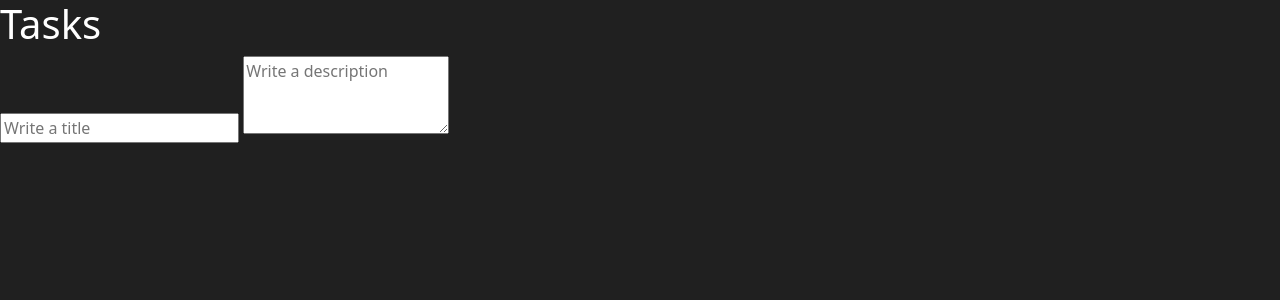
Repository: ChemsJam/django_postgres_todo
Page: http://localhost/tasks/
The author's editor kept a copy of each file at every save. The page is drawn from the files as they stood at one save, then again after the next save.
The browser window is 1280 px wide. The pictures show the whole page.
The page is served by the project's application, run on Django 5.2 (manage.py). Other server files are loaded and not shown.

Above is the page before, as saved 2024-08-19 14:41:59.

### tasks/templates/TasksList.html
{% load static %}

<!DOCTYPE html>
<html lang="en">
<head>
    <meta charset="UTF-8">
    <meta name="viewport" content="width=device-width, initial-scale=1.0">
    <title>DJango Crud</title>
    <link rel="stylesheet" href="https://cdn.jsdelivr.net/npm/bootstrap@5.3.2/dist/css/bootstrap.min.css">
    <link rel="stylesheet" href={% static 'main.css' %}>
</head>
<body>
    <h1>
        Tasks
    </h1>

    <input type="text" name="title" placeholder="Write a title">

    <textarea name="description" rows="3" placeholder="Write a description"></textarea>

</body>
</html>

### tasks/views.py
from django.shortcuts import render

# Create your views here.
def list_tasks(request):
    return render(request, 'TasksList.html')

### django_postgres/urls.py
"""
URL configuration for django_postgres project.

The `urlpatterns` list routes URLs to views. For more information please see:
    https://docs.djangoproject.com/en/5.1/topics/http/urls/
Examples:
Function views
    1. Add an import:  from my_app import views
    2. Add a URL to urlpatterns:  path('', views.home, name='home')
Class-based views
    1. Add an import:  from other_app.views import Home
    2. Add a URL to urlpatterns:  path('', Home.as_view(), name='home')
Including another URLconf
    1. Import the include() function: from django.urls import include, path
    2. Add a URL to urlpatterns:  path('blog/', include('blog.urls'))
"""
from django.contrib import admin
from django.urls import path, include


urlpatterns = [
    path('admin/', admin.site.urls),
    path('tasks/', include('tasks.urls'))
]

### tasks/urls.py
from django.urls import path
from .views import list_tasks

urlpatterns = [
    path('', list_tasks)
]

### tasks/static/main.css
body {
    background-color: #202020;
    color: white;
}

After the next save:
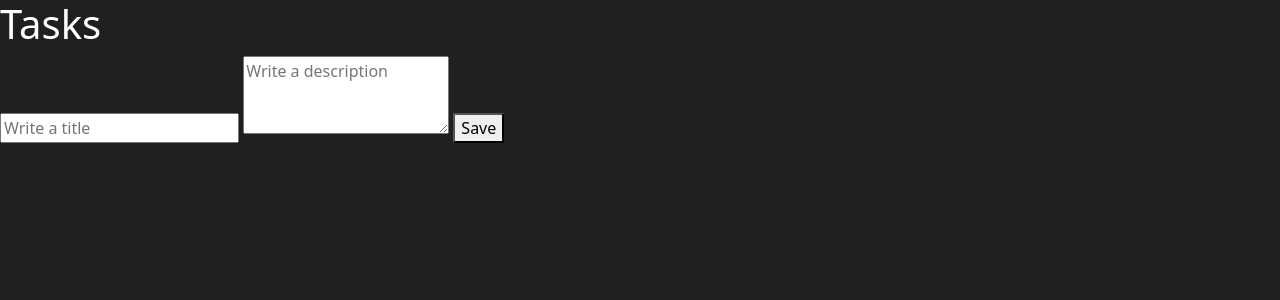
Saved 11 s later.
--- a/tasks/templates/TasksList.html
+++ b/tasks/templates/TasksList.html
@@ -17,6 +17,7 @@
     <input type="text" name="title" placeholder="Write a title">
 
     <textarea name="description" rows="3" placeholder="Write a description"></textarea>
+    <button>Save</button>
 
 </body>
 </html>
